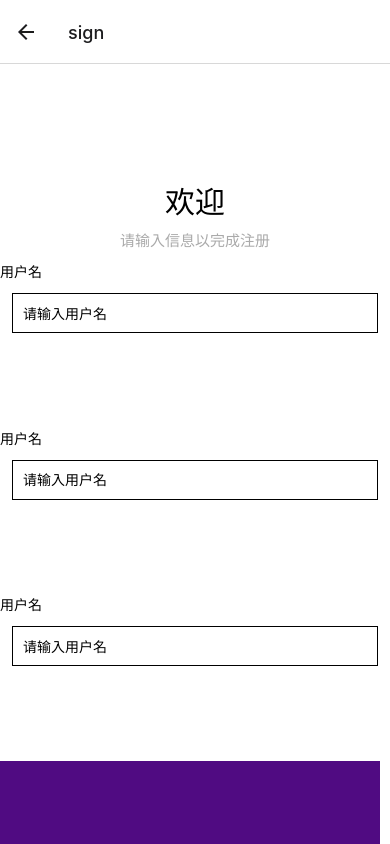
Repository: eyebone/barManager
Screen: /sign
These files come from the project's save history. The screen is drawn as it stood at one moment and after the next save; the edit follows.
The app was drawn by React Native's web renderer in a window 390 px wide. The project was rebuilt for these pictures with package versions that can differ from the ones it lists, and the page was loaded fresh each time. Some packages were replaced by stand-ins written for this rebuild. Also part of the build but not shown: components/EmojiPicker.js, components/Button.js, components/ImageViewer.js, components/circleButton.js, components/IconButton.js, view/ViewOne.js.

Above is the screen before, as saved 2023-06-26 10:16:27.

### App.js
// In App.js in a new project

import * as React from 'react';
import { Button, View, Text } from 'react-native';
import { NavigationContainer } from '@react-navigation/native';
import { createNativeStackNavigator } from '@react-navigation/native-stack';
import { ViewOne } from './view/ViewOne';
import { SignView } from './view/Sign';
//
function HomeScreen({ navigation }) {
  return (
    <View style={{ flex: 1, alignItems: 'center', justifyContent: 'center' }}>
      <Text>Home Screen</Text>
      <Button
        title="Go to Details"
        onPress={() => navigation.navigate('test')}
      />
      <Button
              title="Go to Sign"
              onPress={() => navigation.navigate('sign')}
            />
    </View>
  );
}

function DetailsScreen() {
  return (
    <View style={{ flex: 1, alignItems: 'center', justifyContent: 'center' }}>
      <Text>Details Screen</Text>
    </View>
  );
}

const Stack = createNativeStackNavigator();

function App() {
  return (
    <NavigationContainer>
      <Stack.Navigator>
        <Stack.Screen name="Home"
        component={HomeScreen} />
         <Stack.Screen name="test"
          component={ViewOne} />
          <Stack.Screen name="sign"
                    component={SignView} />
        </Stack.Navigator>
    </NavigationContainer>
  );
}

export default App;

### view/Sign.js
import { StatusBar } from "expo-status-bar";
import { StyleSheet, View, Text } from "react-native";
import Button from "../components/Button";
import ImageViewer from "../components/ImageViewer";
import * as ImagePicker from "expo-image-picker";
import { useState } from "react";
const PlaceholderImage = require("../assets/images/background-image.png");
import * as React from "react";
import {
  FlatList,
  Image,
  Platform,
  Pressable,
  PixelRatio,
  TextInput,
} from "react-native";

//import {Text } from 'react-native';

export function SignView() {
  return (
    <View style={styles.container}>
      {/* <Image source={require("../assets/bar/Back.png")} /> */}
      <View style={styles.welcomeContainer}>
        <Text style={styles.welcomeText} numberOfLines={1}>
          欢迎
        </Text>
        <Text style={styles.infoText}>请输入信息以完成注册</Text>
      </View>
      <View style={styles.inputBar}>
        <Text>用户名</Text>
        <TextInput
          style={styles.input}
          placeholder="请输入用户名"
          //          onChangeText={onChange}
        />
      </View>
      <View style={styles.inputBar}>
        <Text>用户名</Text>
        <TextInput
          style={styles.input}
          placeholder="请输入用户名"
          //          onChangeText={onChange}
        />
      </View>
      <View style={styles.inputBar}>
        <Text>用户名</Text>
        <TextInput
          style={styles.input}
          placeholder="请输入用户名"
          //          onChangeText={onChange}
        />
      </View>
      <View style={styles.footerContainer}>
        <Text style={styles.regText}>

        </Text>
      </View>
    </View>
  );
}

const styles = StyleSheet.create({
  container: {
    flex: 1,
    flexDirection: "column",
    backgroundColor: "#fff",
    //    alignItems: 'center',
  },
  welcomeContainer: {
    flex: 1,
    backgroundColor: "#fff",
    alignItems: "center",
    marginTop: 114,
    height: 60,
  },
  welcomeText: {
    fontSize: PixelRatio.getFontScale() * 30,
    //    fontFamily: STKaiti,
  },
  infoText: {
    color: "#aaa",
    fontSize: PixelRatio.getFontScale() * 15,
    lineHeight: 38,
  },
  imageContainer: {
    flex: 1,
    paddingTop: 58,
  },
  footerContainer: {
    flex: 1,
    alignItems: "center",
    backgroundColor: "#500B82",
    width: 380,
    height: 57,
    bottom: 0,
    //      marginTop: 600,
    //      paddingTop: 737,
  },
  inputBar: {
    flex: 2,
    //      height: 57,
    //      lineHeight: 40,
  },
  regText: {
    fontSize: PixelRatio.getFontScale() * 22,
    color: '#fff',
  },
  input: {
    height: 40,
    margin: 12,
    borderWidth: 1,
    padding: 10,
  },
});

After the next save:
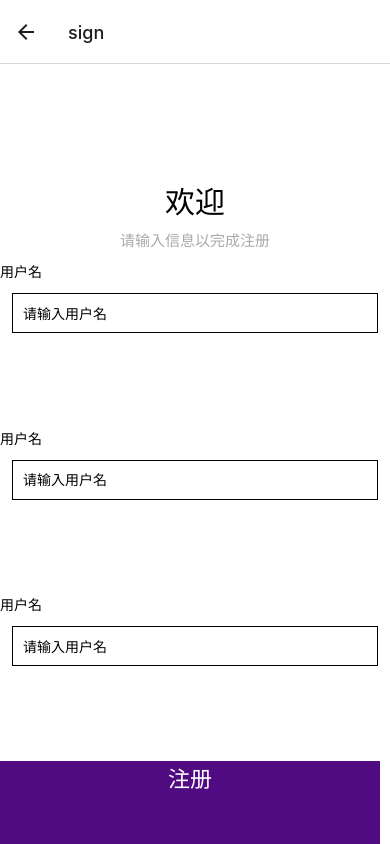
Saved 5 s later.
--- a/view/Sign.js
+++ b/view/Sign.js
@@ -52,9 +52,7 @@ export function SignView() {
         />
       </View>
       <View style={styles.footerContainer}>
-        <Text style={styles.regText}>
-
-        </Text>
+        <Text style={styles.regText}>注册</Text>
       </View>
     </View>
   );
@@ -104,7 +102,7 @@ const styles = StyleSheet.create({
   },
   regText: {
     fontSize: PixelRatio.getFontScale() * 22,
-    color: '#fff',
+    color: "#fff",
   },
   input: {
     height: 40,
